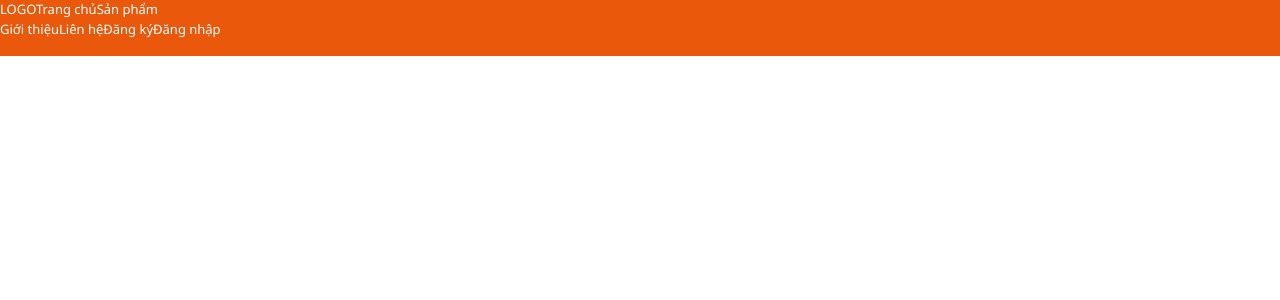
Repository: TinhTT336/MD02_Session15
Page: / (app in client/)
An editor plug-in stored every save of this project. The page is shown before and after the next save, followed by the edit.
The browser window is 1280 px wide. The pictures show the whole page.
The project was rebuilt for these pictures with package versions that can differ from the ones it lists, and the page was loaded fresh each time. Also part of the build but not shown: client/vite.config.js.

Above is the page before, as saved 2023-09-15 09:13:36.

### client/src/main.jsx
import React from 'react'
import ReactDOM from 'react-dom/client'
import App from './App.jsx'
import './index.css'
import { BrowserRouter } from "react-router-dom";

ReactDOM.createRoot(document.getElementById('root')).render(
  <BrowserRouter>
    <App />
  </BrowserRouter>
)

### client/src/App.jsx
import Header from '../components/user/header/Header';
import "./assets/styles/main.css";

function App() {

  return (
    <>
      <Header />
    </>
  )
}

export default App

### client/components/user/header/Header.jsx
import React from "react";
import { NavLink } from "react-router-dom";

export default function Header() {
    return (
        <>
            <div className="w-full bg-orange-600 h-14 text-white">
                <div>
                    <NavLink>LOGO</NavLink>
                    <NavLink>Trang chủ</NavLink>
                    <NavLink>Sản phẩm</NavLink>
                </div>
                <div>
                    <NavLink>Giới thiệu</NavLink>
                    <NavLink>Liên hệ</NavLink>
                    <NavLink>Đăng ký</NavLink>
                    <NavLink>Đăng nhập</NavLink>
                </div>
            </div>
        </>
    );
}

### client/src/assets/styles/main.css
* {
  margin: 0;
  padding: 0;
  box-sizing: border-box;
}
@font-face {
  font-family: Notosans-bold;
  src: url(../fonts/notosans-bold.3ede5aff.woff2);
}
@font-face {
  font-family: Notosans-italic;
  src: url(../fonts/notosans-italic.1c1aaac9.woff2);
}
@font-face {
  font-family: Notosans-regular;
  src: url(../fonts/notosans-regular.2cb88a13.woff2);
}
@font-face {
  font-family: Notosans-semibold;
  src: url(../fonts/notosans-semibold.df3e6dc4.woff2);
}

body {
  height: 100%;
  width: 100%;
  font-size: 13px;
  font-family: Notosans-regular;
  color: #000000;
  background-color: #ffffff;
}

::-webkit-scrollbar {
  width: 10px;
  height: 10px;
}
::-webkit-scrollbar-track {
  background: #f1f1f1;
}
::-webkit-scrollbar-thumb {
  background: #b8bcc3;
}
::-webkit-scrollbar-thumb:hover {
  background: #888;
}
::-webkit-scrollbar-track-piece {
  background-color: #f1f1f1;
  width: 10px;
}

Loaded but not shown: client/src/index.css (common file); client/tailwind.config.js (common file)

After the next save:
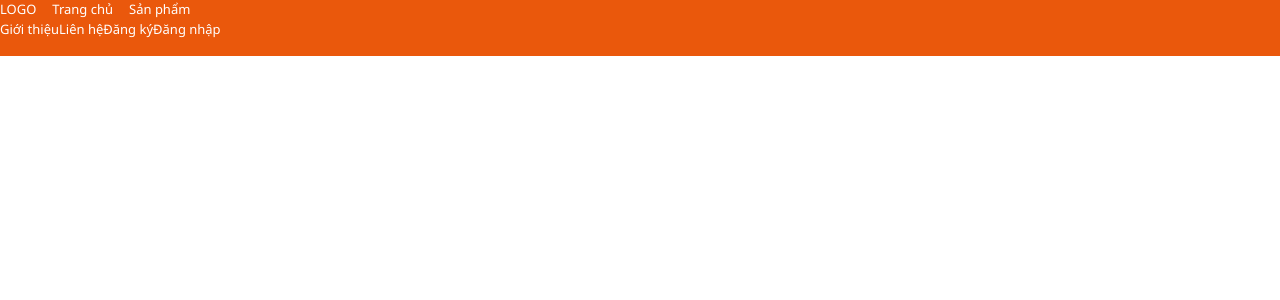
Saved 51 s later.
--- a/client/components/user/header/Header.jsx
+++ b/client/components/user/header/Header.jsx
@@ -5,7 +5,7 @@ export default function Header() {
     return (
         <>
             <div className="w-full bg-orange-600 h-14 text-white">
-                <div>
+                <div className="flex gap-4">
                     <NavLink>LOGO</NavLink>
                     <NavLink>Trang chủ</NavLink>
                     <NavLink>Sản phẩm</NavLink>
